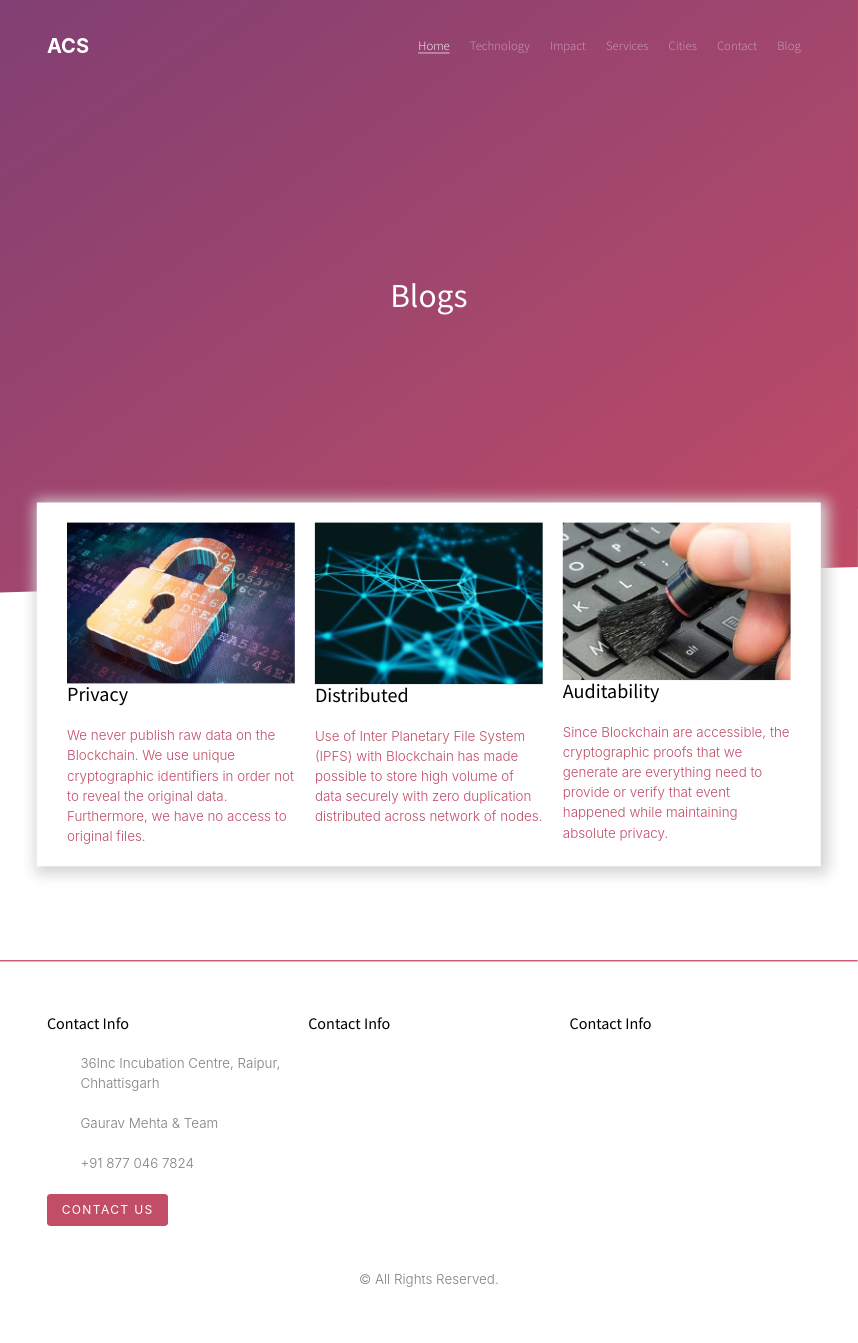
Repository: agarwalrahul-22/acs
Page: /blog/1
An editor plug-in stored every save of this project. The page is shown before and after the next save, followed by the edit.
The browser window is 1280 px wide. The pictures show the whole page, at 67% of full size.
Some web fonts or font styles are not loaded; a fallback is used. The project was rebuilt for these pictures with package versions that can differ from the ones it lists, and the page was loaded fresh each time. Also part of the build but not shown: src/components/main/LandingComponent.js, src/components/main/TechComponent.js, src/components/main/ImpactComponent.js, src/components/main/ServicesComponent.js, src/components/main/CitiesComponent.js, src/components/MainComponent.js, src/components/BlogComponent.js.

Above is the page before, as saved 2022-10-10 23:02:49.

### public/index.html
<!DOCTYPE html>
<html lang="en">
  <head>
    <meta charset="utf-8" />
    <link rel="icon" href="%PUBLIC_URL%/favicon.ico" />
    <meta name="viewport" content="width=device-width, initial-scale=1" />
    <meta name="theme-color" content="#000000" />
    <meta name="description" content="Blockchain based Atithi Compliance System" />
    <link rel="apple-touch-icon" href="%PUBLIC_URL%/logo192.png" />
    <link href='https://fonts.googleapis.com/css?family=Source+Sans+Pro:400,300,600,400italic,700' rel='stylesheet'
      type='text/css'>
    <link rel="stylesheet" href="css/animate.css">
    <link rel="stylesheet" href="css/icomoon.css">
    <link rel="stylesheet" href="css/simple-line-icons.css">
    <link rel="stylesheet" href="css/magnific-popup.css">
    <link rel="stylesheet" href="css/bootstrap.css">
    <link rel="stylesheet" href="css/style3.css">
    <!--
      manifest.json provides metadata used when your web app is installed on a
      user's mobile device or desktop. See https://developers.google.com/web/fundamentals/web-app-manifest/
    -->
    <link rel="manifest" href="%PUBLIC_URL%/manifest.json" />
    <!--
      Notice the use of %PUBLIC_URL% in the tags above.
      It will be replaced with the URL of the `public` folder during the build.
      Only files inside the `public` folder can be referenced from the HTML.

      Unlike "/favicon.ico" or "favicon.ico", "%PUBLIC_URL%/favicon.ico" will
      work correctly both with client-side routing and a non-root public URL.
      Learn how to configure a non-root public URL by running `npm run build`.
    -->
    <title>Atithi Compliance System</title>
  </head>
  <body>
    <noscript>You need to enable JavaScript to run this app.</noscript>
    <div id="root"></div>
    <!--
      This HTML file is a template.
      If you open it directly in the browser, you will see an empty page.

      You can add webfonts, meta tags, or analytics to this file.
      The build step will place the bundled scripts into the <body> tag.

      To begin the development, run `npm start` or `yarn start`.
      To create a production bundle, use `npm run build` or `yarn build`.
    -->
  </body>
</html>

### src/components/IBlogComponent.js
import React from 'react'
import fullimage2 from "../images/full_image_2.jpg";
import privacy from "../images/privacy_acs.jpg";
import distributed from "../images/distributed_acs.jpg";
import audit from "../images/audit_acs.jpg";
function IBlogComponent() {
  return (
    <div>
      <section
        id="fh5co-home"
        data-section="home"
        style={{ backgroundImage: { fullimage2 } }}
        data-stellar-background-ratio="0.5"
      >
        <div className="gradient"></div>
        <div className="container">
          <div className="text-wrap">
            <div className="text-inner">
              <h1 className="to-animate">Blogs </h1>
            </div>
          </div>
        </div>
        <div className="slant"></div>
      </section>
      <section id="fh5co-intro">
        <div className="container">
          <div
            className="row row-bottom-padded-lg"
            style={{
              backgroundColor: "white",
              padding: "30px",
              boxShadow: "5px 5px 20px 8px lightgrey",
            }}
          >
            <div className="col-md-4 col-sm-6 col-xxs-12">
              <a
                href="/blog/1"
                className="fh5co-project-item image-popup to-animate"
              >
                <img src={privacy} alt="Image" className="img-responsive" />
                <div className="fh5co-text">
                  <h2>Privacy</h2>
                  <span>
                    We never publish raw data on the Blockchain. We use unique
                    cryptographic identifiers in order not to reveal the
                    original data. Furthermore, we have no access to original
                    files.
                  </span>
                </div>
              </a>
            </div>
            <div className="col-md-4 col-sm-6 col-xxs-12">
              <a
                href="/blog/2"
                className="fh5co-project-item image-popup to-animate"
              >
                <img src={distributed} alt="Image" className="img-responsive" />
                <div className="fh5co-text">
                  <h2>Distributed</h2>
                  <span>
                    Use of Inter Planetary File System (IPFS) with Blockchain
                    has made possible to store high volume of data securely with
                    zero duplication distributed across network of nodes.
                  </span>
                </div>
              </a>
            </div>
            <div className="col-md-4 col-sm-6 col-xxs-12">
              <a
                href="/blog/3"
                className="fh5co-project-item image-popup to-animate"
              >
                <img src={audit} alt="Image" className="img-responsive" />
                <div className="fh5co-text">
                  <h2>Auditability</h2>
                  <span>
                    Since Blockchain are accessible, the cryptographic proofs
                    that we generate are everything need to provide or verify
                    that event happened while maintaining absolute privacy.
                  </span>
                </div>
              </a>
            </div>
          </div>
        </div>
      </section>
    </div>
  );
}
export default IBlogComponent;

### public/css/simple-line-icons.css
@font-face {
  font-family: 'simple-line-icons';
  src:  url('../fonts/simple-line-icons/Simple-Line-Icons.eot?v=2.2.2');
  src:  url('../fonts/simple-line-icons/Simple-Line-Icons.eot?#iefix&v=2.2.2') format('embedded-opentype'),
        url('../fonts/simple-line-icons/Simple-Line-Icons.ttf?v=2.2.2') format('truetype'),
        url('../fonts/simple-line-icons/Simple-Line-Icons.woff2?v=2.2.2') format('woff2'),
        url('../fonts/simple-line-icons/Simple-Line-Icons.woff?v=2.2.2') format('woff'),
        url('../fonts/simple-line-icons/Simple-Line-Icons.svg?v=2.2.2#simple-line-icons') format('svg');
  font-weight: normal;
  font-style: normal;
}
/*
 Use the following CSS code if you want to have a class per icon.
 Instead of a list of all class selectors, you can use the generic [class*="icon-"] selector, but it's slower:
*/
.icon-user,
.icon-people,
.icon-user-female,
.icon-user-follow,
.icon-user-following,
.icon-user-unfollow,
.icon-login,
.icon-logout,
.icon-emotsmile,
.icon-phone,
.icon-call-end,
.icon-call-in,
.icon-call-out,
.icon-map,
.icon-location-pin,
.icon-direction,
.icon-directions,
.icon-compass,
.icon-layers,
.icon-menu,
.icon-list,
.icon-options-vertical,
.icon-options,
.icon-arrow-down,
.icon-arrow-left,
.icon-arrow-right,
.icon-arrow-up,
.icon-arrow-up-circle,
.icon-arrow-left-circle,
.icon-arrow-right-circle,
.icon-arrow-down-circle,
.icon-check,
.icon-clock,
.icon-plus,
.icon-close,
.icon-trophy,
.icon-screen-smartphone,
.icon-screen-desktop,
.icon-plane,
.icon-notebook,
.icon-mustache,
.icon-mouse,
.icon-magnet,
.icon-energy,
.icon-disc,
.icon-cursor,
.icon-cursor-move,
.icon-crop,
.icon-chemistry,
.icon-speedometer,
.icon-shield,
.icon-screen-tablet,
.icon-magic-wand,
.icon-hourglass,
.icon-graduation,
.icon-ghost,
.icon-game-controller,
.icon-fire,
.icon-eyeglass,
.icon-envelope-open,
.icon-envelope-letter,
.icon-bell,
.icon-badge,
.icon-anchor,
.icon-wallet,
.icon-vector,
.icon-speech,
.icon-puzzle,
.icon-printer,
.icon-present,
.icon-playlist,
.icon-pin,
.icon-picture,
.icon-handbag,
.icon-globe-alt,
.icon-globe,
.icon-folder-alt,
.icon-folder,
.icon-film,
.icon-feed,
.icon-drop,
.icon-drawar,
.icon-docs,
.icon-doc,
.icon-diamond,
.icon-cup,
.icon-calculator,
.icon-bubbles,
.icon-briefcase,
.icon-book-open,
.icon-basket-loaded,
.icon-basket,
.icon-bag,
.icon-action-undo,
.icon-action-redo,
.icon-wrench,
.icon-umbrella,
.icon-trash,
.icon-tag,
.icon-support,
.icon-frame,
.icon-size-fullscreen,
.icon-size-actual,
.icon-shuffle,
.icon-share-alt,
.icon-share,
.icon-rocket,
.icon-question,
.icon-pie-chart,
.icon-pencil,
.icon-note,
.icon-loop,
.icon-home,
.icon-grid,
.icon-graph,
.icon-microphone,
.icon-music-tone-alt,
.icon-music-tone,
.icon-earphones-alt,
.icon-earphones,
.icon-equalizer,
.icon-like,
.icon-dislike,
.icon-control-start,
.icon-control-rewind,
.icon-control-play,
.icon-control-pause,
.icon-control-forward,
.icon-control-end,
.icon-volume-1,
.icon-volume-2,
.icon-volume-off,
.icon-calendar,
.icon-bulb,
.icon-chart,
.icon-ban,
.icon-bubble,
.icon-camrecorder,
.icon-camera,
.icon-cloud-download,
.icon-cloud-upload,
.icon-envelope,
.icon-eye,
.icon-flag,
.icon-heart,
.icon-info,
.icon-key,
.icon-link,
.icon-lock,
.icon-lock-open,
.icon-magnifier,
.icon-magnifier-add,
.icon-magnifier-remove,
.icon-paper-clip,
.icon-paper-plane,
.icon-power,
.icon-refresh,
.icon-reload,
.icon-settings,
.icon-star,
.icon-symble-female,
.icon-symbol-male,
.icon-target,
.icon-credit-card,
.icon-paypal,
.icon-social-tumblr,
.icon-social-twitter,
.icon-social-facebook,
.icon-social-instagram,
.icon-social-linkedin,
.icon-social-pinterest,
.icon-social-github,
.icon-social-gplus,
.icon-social-reddit,
.icon-social-skype,
.icon-social-dribbble,
.icon-social-behance,
.icon-social-foursqare,
.icon-social-soundcloud,
.icon-social-spotify,
.icon-social-stumbleupon,
.icon-social-youtube,
.icon-social-dropbox {
  font-family: 'simple-line-icons';
  speak: none;
  font-style: normal;
  font-weight: normal;
  font-variant: normal;
  text-transform: none;
  line-height: 1;
  /* Better Font Rendering =========== */
  -webkit-font-smoothing: antialiased;
  -moz-osx-font-smoothing: grayscale;
}
.icon-user:before {
  content: "\e005";
}
.icon-people:before {
  content: "\e001";
}
.icon-user-female:before {
  content: "\e000";
}
.icon-user-follow:before {
  content: "\e002";
}
.icon-user-following:before {
  content: "\e003";
}
.icon-user-unfollow:before {
  content: "\e004";
}
.icon-login:before {
  content: "\e066";
}
.icon-logout:before {
  content: "\e065";
}
.icon-emotsmile:before {
  content: "\e021";
}
.icon-phone:before {
  content: "\e600";
}
.icon-call-end:before {
  content: "\e048";
}
.icon-call-in:before {
  content: "\e047";
}
.icon-call-out:before {
  content: "\e046";
}
.icon-map:before {
  content: "\e033";
}
.icon-location-pin:before {
  content: "\e096";
}
.icon-direction:before {
  content: "\e042";
}
.icon-directions:before {
  content: "\e041";
}
.icon-compass:before {
  content: "\e045";
}
.icon-layers:before {
  content: "\e034";
}
.icon-menu:before {
  content: "\e601";
}
.icon-list:before {
  content: "\e067";
}
.icon-options-vertical:before {
  content: "\e602";
}
.icon-options:before {
  content: "\e603";
}
.icon-arrow-down:before {
  content: "\e604";
}
.icon-arrow-left:before {
  content: "\e605";
}
.icon-arrow-right:before {
  content: "\e606";
}
.icon-arrow-up:before {
  content: "\e607";
}
.icon-arrow-up-circle:before {
  content: "\e078";
}
.icon-arrow-left-circle:before {
  content: "\e07a";
}
.icon-arrow-right-circle:before {
  content: "\e079";
}
.icon-arrow-down-circle:before {
  content: "\e07b";
}
.icon-check:before {
  content: "\e080";
}
.icon-clock:before {
  content: "\e081";
}
.icon-plus:before {
  content: "\e095";
}
.icon-close:before {
  content: "\e082";
}
.icon-trophy:before {
  content: "\e006";
}
.icon-screen-smartphone:before {
  content: "\e010";
}
.icon-screen-desktop:before {
  content: "\e011";
}
.icon-plane:before {
  content: "\e012";
}
.icon-notebook:before {
  content: "\e013";
}
.icon-mustache:before {
  content: "\e014";
}
.icon-mouse:before {
  content: "\e015";
}
.icon-magnet:before {
  content: "\e016";
}
.icon-energy:before {
  content: "\e020";
}
.icon-disc:before {
  content: "\e022";
}
.icon-cursor:before {
  content: "\e06e";
}
.icon-cursor-move:before {
  content: "\e023";
}
.icon-crop:before {
  content: "\e024";
}
.icon-chemistry:before {
  content: "\e026";
}
.icon-speedometer:before {
  content: "\e007";
}
.icon-shield:before {
  content: "\e00e";
}
.icon-screen-tablet:before {
  content: "\e00f";
}
.icon-magic-wand:before {
  content: "\e017";
}
.icon-hourglass:before {
  content: "\e018";
}
.icon-graduation:before {
  content: "\e019";
}
.icon-ghost:before {
  content: "\e01a";
}
.icon-game-controller:before {
  content: "\e01b";
}
.icon-fire:before {
  content: "\e01c";
}
.icon-eyeglass:before {
  content: "\e01d";
}
.icon-envelope-open:before {
  content: "\e01e";
}
.icon-envelope-letter:before {
  content: "\e01f";
}
.icon-bell:before {
  content: "\e027";
}
.icon-badge:before {
  content: "\e028";
}
.icon-anchor:before {
  content: "\e029";
}
.icon-wallet:before {
  content: "\e02a";
}
.icon-vector:before {
  content: "\e02b";
}
.icon-speech:before {
  content: "\e02c";
}
.icon-puzzle:before {
  content: "\e02d";
}
.icon-printer:before {
  content: "\e02e";
}
.icon-present:before {
  content: "\e02f";
}
.icon-playlist:before {
  content: "\e030";
}
.icon-pin:before {
  content: "\e031";
}
.icon-picture:before {
  content: "\e032";
}
.icon-handbag:before {
  content: "\e035";
}
.icon-globe-alt:before {
  content: "\e036";
}
.icon-globe:before {
  content: "\e037";
}
.icon-folder-alt:before {
  content: "\e039";
}
.icon-folder:before {
  content: "\e089";
}
.icon-film:before {
  content: "\e03a";
}
.icon-feed:before {
  content: "\e03b";
}
.icon-drop:before {
  content: "\e03e";
}
.icon-drawar:before {
  content: "\e03f";
}
.icon-docs:before {
  content: "\e040";
}
.icon-doc:before {
  content: "\e085";
}
.icon-diamond:before {
  content: "\e043";
}
.icon-cup:before {
  content: "\e044";
}
.icon-calculator:before {
  content: "\e049";
}
.icon-bubbles:before {
  content: "\e04a";
}
.icon-briefcase:before {
  content: "\e04b";
}
.icon-book-open:before {
  content: "\e04c";
}
.icon-basket-loaded:before {
  content: "\e04d";
}
.icon-basket:before {
  content: "\e04e";
}
.icon-bag:before {
  content: "\e04f";
}
.icon-action-undo:before {
  content: "\e050";
}
.icon-action-redo:before {
  content: "\e051";
}
.icon-wrench:before {
  content: "\e052";
}
.icon-umbrella:before {
  content: "\e053";
}
.icon-trash:before {
  content: "\e054";
}
.icon-tag:before {
  content: "\e055";
}
.icon-support:before {
  content: "\e056";
}
.icon-frame:before {
  content: "\e038";
}
.icon-size-fullscreen:before {
  content: "\e057";
}
.icon-size-actual:before {
  content: "\e058";
}
.icon-shuffle:before {
  content: "\e059";
}
.icon-share-alt:before {
  content: "\e05a";
}
.icon-share:before {
  content: "\e05b";
}
.icon-rocket:before {
  content: "\e05c";
}
.icon-question:before {
  content: "\e05d";
}
.icon-pie-chart:before {
  content: "\e05e";
}
.icon-pencil:before {
  content: "\e05f";
}
.icon-note:before {
  content: "\e060";
}
.icon-loop:before {
  content: "\e064";
}
.icon-home:before {
  content: "\e069";
}
.icon-grid:before {
  content: "\e06a";
}
.icon-graph:before {
  content: "\e06b";
}
.icon-microphone:before {
  content: "\e063";
}
.icon-music-tone-alt:before {
  content: "\e061";
}
.icon-music-tone:before {
  content: "\e062";
}
.icon-earphones-alt:before {
  content: "\e03c";
}
.icon-earphones:before {
  content: "\e03d";
}
.icon-equalizer:before {
  content: "\e06c";
}
.icon-like:before {
  content: "\e068";
}
.icon-dislike:before {
  content: "\e06d";
}
.icon-control-start:before {
  content: "\e06f";
}
.icon-control-rewind:before {
  content: "\e070";
}
.icon-control-play:before {
  content: "\e071";
}
.icon-control-pause:before {
  content: "\e072";
}
.icon-control-forward:before {
  content: "\e073";
}
.icon-control-end:before {
  content: "\e074";
}
.icon-volume-1:before {
  content: "\e09f";
}
.icon-volume-2:before {
  content: "\e0a0";
}
.icon-volume-off:before {
  content: "\e0a1";
}
.icon-calendar:before {
  content: "\e075";
}
.icon-bulb:before {
  content: "\e076";
}
.icon-chart:before {
  content: "\e077";
}
.icon-ban:before {
  content: "\e07c";
}
.icon-bubble:before {
  content: "\e07d";
}
.icon-camrecorder:before {
  content: "\e07e";
}
.icon-camera:before {
  content: "\e07f";
}
.icon-cloud-download:before {
  content: "\e083";
}
.icon-cloud-upload:before {
  content: "\e084";
}
.icon-envelope:before {
  content: "\e086";
}
.icon-eye:before {
  content: "\e087";
}
.icon-flag:before {
  content: "\e088";
}
.icon-heart:before {
  content: "\e08a";
}
.icon-info:before {
  content: "\e08b";
}
.icon-key:before {
  content: "\e08c";
}
.icon-link:before {
  content: "\e08d";
}
.icon-lock:before {
  content: "\e08e";
}
.icon-lock-open:before {
  content: "\e08f";
}
.icon-magnifier:before {
  content: "\e090";
}
.icon-magnifier-add:before {
  content: "\e091";
}
.icon-magnifier-remove:before {
  content: "\e092";
}
.icon-paper-clip:before {
  content: "\e093";
}
.icon-paper-plane:before {
  content: "\e094";
}
.icon-power:before {
  content: "\e097";
}
.icon-refresh:before {
  content: "\e098";
}
.icon-reload:before {
  content: "\e099";
}
.icon-settings:before {
  content: "\e09a";
}
.icon-star:before {
  content: "\e09b";
}
.icon-symble-female:before {
  content: "\e09c";
}
.icon-symbol-male:before {
  content: "\e09d";
}
.icon-target:before {
  content: "\e09e";
}
.icon-credit-card:before {
  content: "\e025";
}
.icon-paypal:before {
  content: "\e608";
}
.icon-social-tumblr:before {
  content: "\e00a";
}
.icon-social-twitter:before {
  content: "\e009";
}
.icon-social-facebook:before {
  content: "\e00b";
}
.icon-social-instagram:before {
  content: "\e609";
}
.icon-social-linkedin:before {
  content: "\e60a";
}
.icon-social-pinterest:before {
  content: "\e60b";
}
.icon-social-github:before {
  content: "\e60c";
}
.icon-social-gplus:before {
  content: "\e60d";
}
.icon-social-reddit:before {
  content: "\e60e";
}
.icon-social-skype:before {
  content: "\e60f";
}
.icon-social-dribbble:before {
  content: "\e00d";
}
.icon-social-behance:before {
  content: "\e610";
}
.icon-social-foursqare:before {
  content: "\e611";
}
.icon-social-soundcloud:before {
  content: "\e612";
}
.icon-social-spotify:before {
  content: "\e613";
}
.icon-social-stumbleupon:before {
  content: "\e614";
}
.icon-social-youtube:before {
  content: "\e008";
}
.icon-social-dropbox:before {
  content: "\e00c";
}

Loaded but not shown: src/index.js (common file); src/index.css (common file); src/reportWebVitals.js (common file); public/css/animate.css (library); public/css/icomoon.css (common file); public/css/magnific-popup.css (library); public/css/bootstrap.css (library); src/components/HeaderComponent.js (68 lines, source omitted); src/components/FooterComponent.js (61 lines, source omitted); src/App.js (37 lines, source omitted); public/css/style3.css (1411 lines, source omitted)

After the next save:
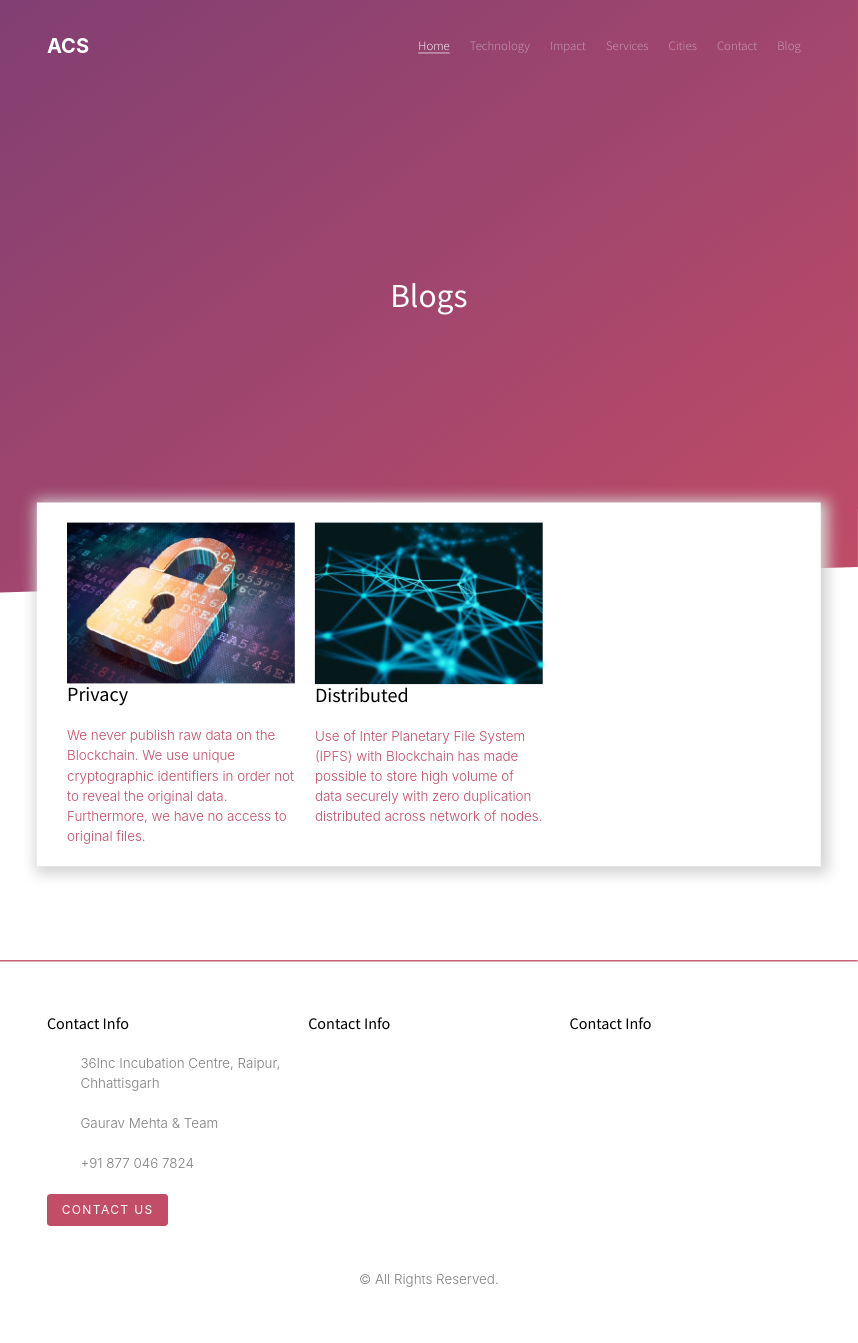
Saved 2 min 18 s later.
--- a/src/components/IBlogComponent.js
+++ b/src/components/IBlogComponent.js
@@ -65,22 +65,6 @@ function IBlogComponent() {
                 </div>
               </a>
             </div>
-            <div className="col-md-4 col-sm-6 col-xxs-12">
-              <a
-                href="/blog/3"
-                className="fh5co-project-item image-popup to-animate"
-              >
-                <img src={audit} alt="Image" className="img-responsive" />
-                <div className="fh5co-text">
-                  <h2>Auditability</h2>
-                  <span>
-                    Since Blockchain are accessible, the cryptographic proofs
-                    that we generate are everything need to provide or verify
-                    that event happened while maintaining absolute privacy.
-                  </span>
-                </div>
-              </a>
-            </div>
           </div>
         </div>
       </section>
